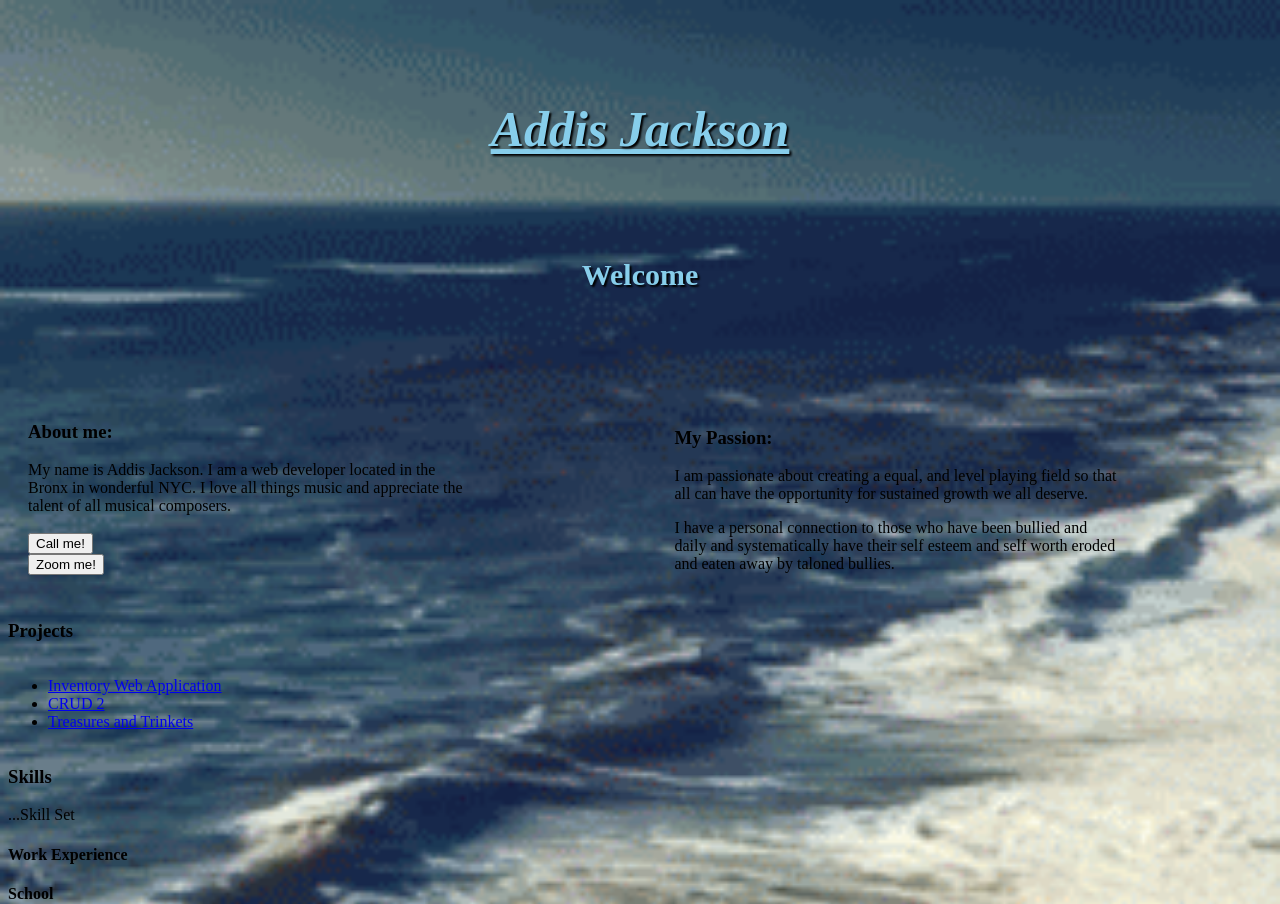
Repository: 10-2-pursuit/lab-design-assets
Page: index.html
These files come from the project's save history. The page is drawn as it stood at one moment and after the next save; the edit follows.
The browser window is 1280 px wide. The pictures show the part of the page from y = 0 to 904 px (the page is 1852 px tall before and 1988 px after).
A picture or video elsewhere on the page could not be fetched, so the positions and the page height are approximate.

Above is the page before, as saved 2023-07-16 05:29:55.

### index.html
<!DOCTYPE html>
<html lang="en">
  <head>
    <meta charset="UTF-8" />
    <meta http-equiv="X-UA-Compatible" content="IE=edge" />
    <meta name="viewport" content="width=device-width, initial-scale=1.0" />
    <link rel="stylesheet" href="style.css" />
    <title>MY PORTFOLIO</title>
  </head>
  <body>
    <header>
      <h1>Addis Jackson</h1>
    </header>
    <main>
      <section>
        <h2>Welcome</h2>
        <article for="about" class="about">
          <h3>About me:</h3>
          <p>
            My name is Addis Jackson.
            I am a web developer located in the Bronx in wonderful NYC.
            I love all things music and appreciate the talent of all musical composers.
            <br>
            <br>
            <button for="callMe">Call me!</button>
            <br>
            <button for="zoomMe" href=""https://us06web.zoom.us/j/7717484238">Zoom me!</button>
          </p>
        </article>
        <article for="passion" class="passion">
          <h3>My Passion:</h3>
          <p>I am passionate about creating a equal, and level playing field so that all can have the opportunity for sustained growth we all deserve.</p>
          <p>I have a personal connection to those who have been bullied and daily and systematically have their self esteem and self worth eroded and eaten away by taloned bullies.</p>

        </article>
      </section>
      <section>
        <h3>Projects</h3>
        <article>
          <ul>
            <!-- TO DO LINK TO THE THREE LABS OR PROJECTS YOU ARE MOST PROUD OF SO FAR -->
            <li><a href="https://github.com/addisjackson/inventory-web-application">Inventory Web Application</a></li>
            <li><a href="https://github.com/addisjackson/crud2">CRUD 2</a></li>
            <li><a href="https://github.com/addisjackson/Treasures-and-Trinkets-Project-AddisJackson">Treasures and Trinkets</a></li>
          </ul>
        </article>
        <h3>Skills</h3>
        <article>
        ...<a img src="./assets/Pasted Graphic 1.png">Skill Set</a>
        </article>
      </section>
    </main>
    <aside>
      <h4>Work Experience</h4>
      <!-- add whatever details you want here -->
      <h4>School</h4>
      <!-- add whatever details you want here -->
    </aside>
    <footer>
      <ul>
        <li>
          <!-- TO DO UPDATE LINKS TO GO TO YOUR PROFILES/EMAIL -->
          <a href="https://www.linkedin.com/addisjackson"
            ><img src="./assets/LinkedIn-Logos/LI-Logo.png" alt=""
          /></a>
        </li>
        <li>
          <a href="https://github.com/addisjackson"
            ><img src="./assets/github-mark/github-mark.png" alt=""
          /></a>
        </li>
        <li>
          <a href="mailto:addisjackson@pursuit.org"
            ><img src="./assets/email-g8e9fd44a3_640.png" alt="Email me"
          /></a>
        </li>
      </ul>
    </footer>
  </body>
</html>

### style.css
body {
    background-image: url("./assets/waves-beach.gif");
    background-repeat: no-repeat;
    background-size: cover;
}

h1 {
    font-size: 50px;
    color: skyblue;
    text-align: center;
    margin-top: 100px;
    margin-bottom: 100px;
    text-shadow: 2px 2px 2px black;
    font-weight: bold;
    font-family: Calibri Light, Calibri,;
    font-style: italic;
    text-decoration: underline;
}

h2 {
    font-size: 30px;
    color: skyblue;
    text-align: center;
    margin-top: 100px;
    margin-bottom: 100px;
    text-shadow: 2px 2px 2px black;
    font-weight: bold;
    font-family: fantasy;
}

article {
    display: inline-block;
}

.about {
    text-align: left;
    margin-top: 10px;
    margin-bottom: 10px;
    margin-left: 20px;
    margin-right: 200px;
    width: 35%
}

.about p {
    word-wrap: width ;
}
.passion p {
    word-wrap: width ;
}

.passion {

    text-align: left;
    margin-top: 10px;
    margin-bottom: 10px;
    margin-right: 20px;
    width: 35%
}

After the next save:
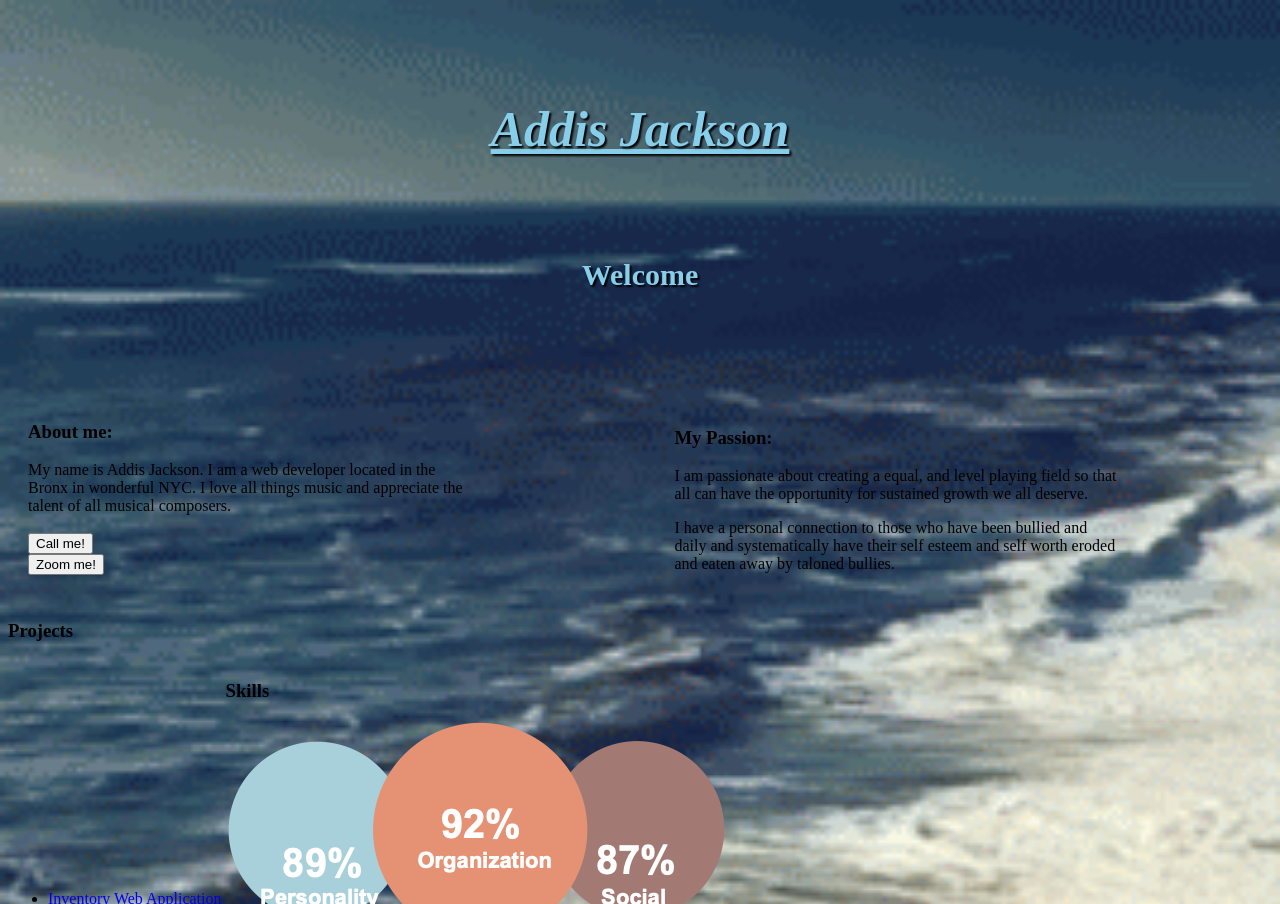
Saved 6 min 58 s later.
--- a/index.html
+++ b/index.html
@@ -44,9 +44,9 @@
             <li><a href="https://github.com/addisjackson/Treasures-and-Trinkets-Project-AddisJackson">Treasures and Trinkets</a></li>
           </ul>
         </article>
+        <article>
         <h3>Skills</h3>
-        <article>
-        ...<a img src="./assets/Pasted Graphic 1.png">Skill Set</a>
+          <img src="./assets/Pasted Graphic 1.png" alt="Skills section">Skill Set</img>
         </article>
       </section>
     </main>
